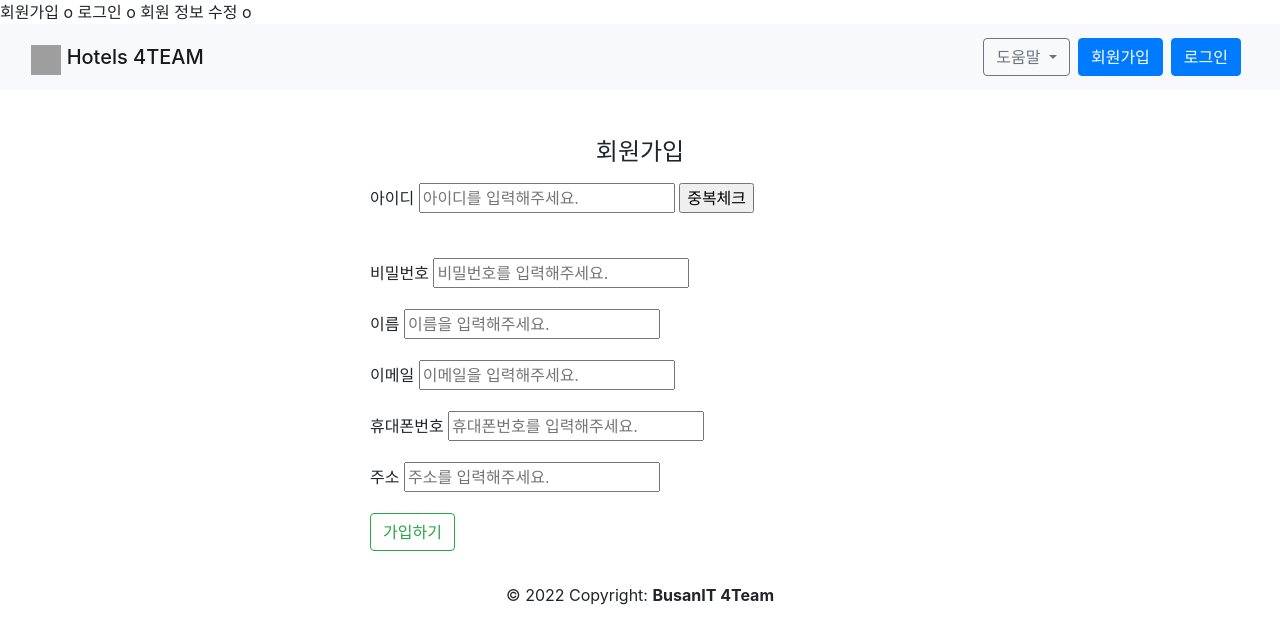
Repository: ShinKioh/Hotel_project
Page: http://localhost/HOTEL/register.jsp
The author's editor kept a copy of each file at every save. The page is drawn from the files as they stood at one save, then again after the next save.
The browser window is 1280 px wide. The pictures show the whole page.
Pictures or frames that could not be fetched are drawn as grey boxes. The page is served by Tomcat 9.

Above is the page before, as saved 2022-02-23 02:30:12.

After the next save:
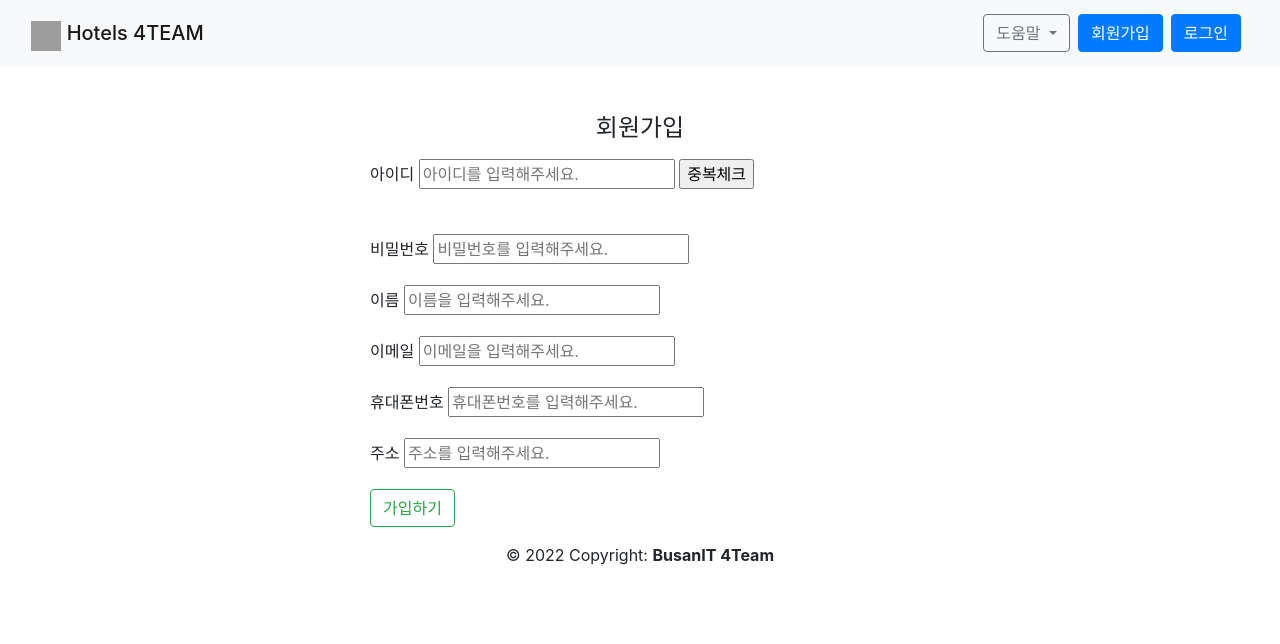
Saved 12 s later.
--- a/HOTEL/WebContent/register.jsp
+++ b/HOTEL/WebContent/register.jsp
@@ -1,7 +1,3 @@
-회원가입 o
-로그인 o
-회원 정보 수정 o
-
 <%@ page language="java" contentType="text/html; charset=UTF-8"
 	pageEncoding="UTF-8"%>
 <!DOCTYPE html>
